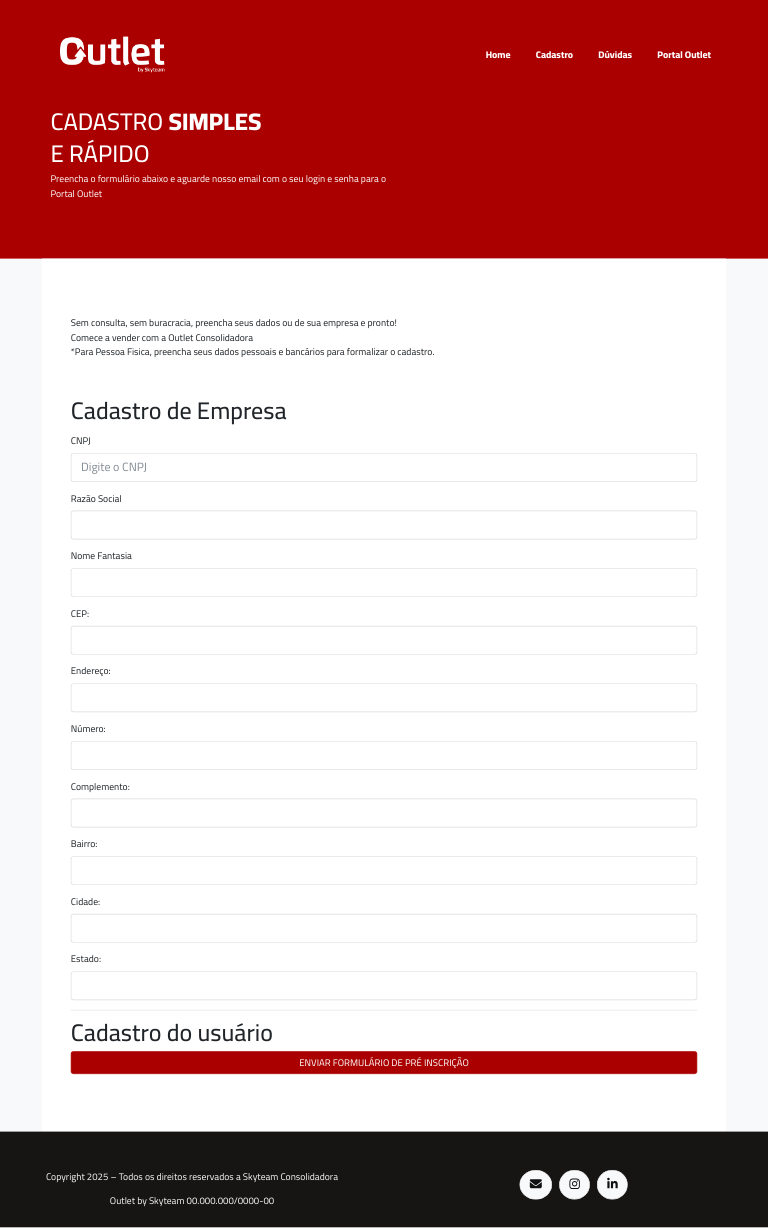
Repository: SkyTeam-Dev/Outlet_Site
Page: Site/Template_Page.html
An editor plug-in stored every save of this project. The page is shown before and after the next save, followed by the edit.
The browser window is 1280 px wide. The pictures show the whole page, at 60% of full size.
Some web libraries are served in a nearby version.

Above is the page before, as saved 2025-03-25 19:01:32.

After the next save:
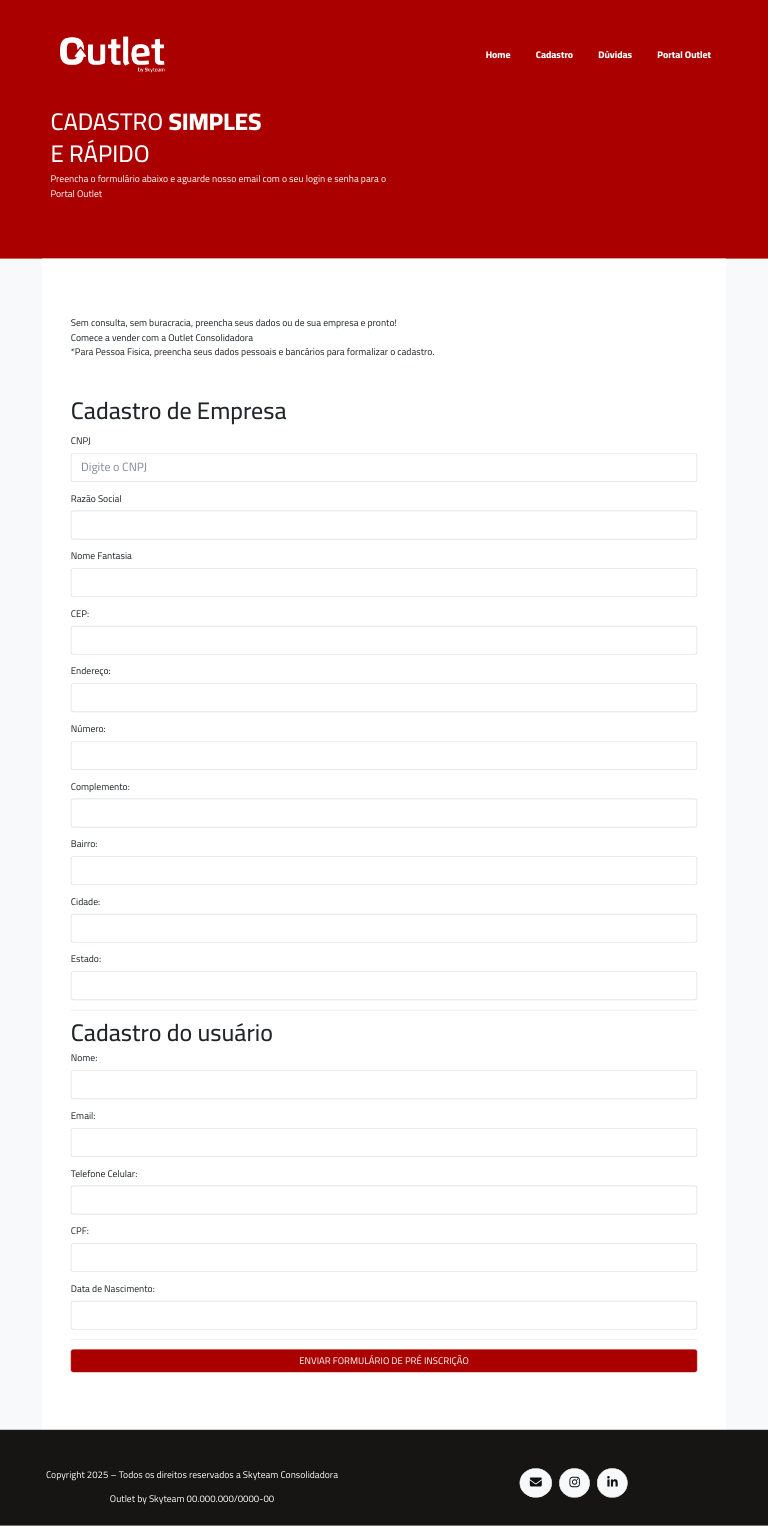
Saved 3 min 16 s later.
--- a/Site/Template_Page.html
+++ b/Site/Template_Page.html
@@ -324,9 +324,40 @@
                                 <hr />
                                 <h1>Cadastro do usuário</h1>
 
-                                <!-- Adicione outros campos conforme necessário -->
-                                <button type="submit" class="btn btn-primary btn-block">ENVIAR FORMULÁRIO DE PRÉ
-                                    INSCRIÇÃO</button>
+                                <div class="form-group">
+                                    <label>Nome:</label>
+                                    <input type="text" name="Numero" class="form-control form-control-lg" type="text"
+                                        size="60" />
+                                </div>
+
+                                <div class="form-group">
+                                    <label>Email:</label>
+                                    <input type="text" name="Numero" class="form-control form-control-lg" type="text"
+                                        size="60" />
+                                </div>
+
+                                <div class="form-group">
+                                    <label>Telefone Celular:</label>
+                                    <input type="text" name="Numero" class="form-control form-control-lg" type="text"
+                                        size="60" />
+                                </div>
+
+                                <div class="form-group">
+                                    <label>CPF:</label>
+                                    <input type="text" name="Numero" class="form-control form-control-lg" type="text"
+                                        size="60" />
+                                </div>
+
+                                <div class="form-group">
+                                    <label>Data de Nascimento:</label>
+                                    <input type="text" name="Numero" class="form-control form-control-lg" type="text"
+                                        size="60" />
+                                </div>
+
+                                <hr />
+                                <button type="submit" class="btn btn-primary btn-block">
+                                    ENVIAR FORMULÁRIO DE PRÉ INSCRIÇÃO
+                                </button>
 
 
 
